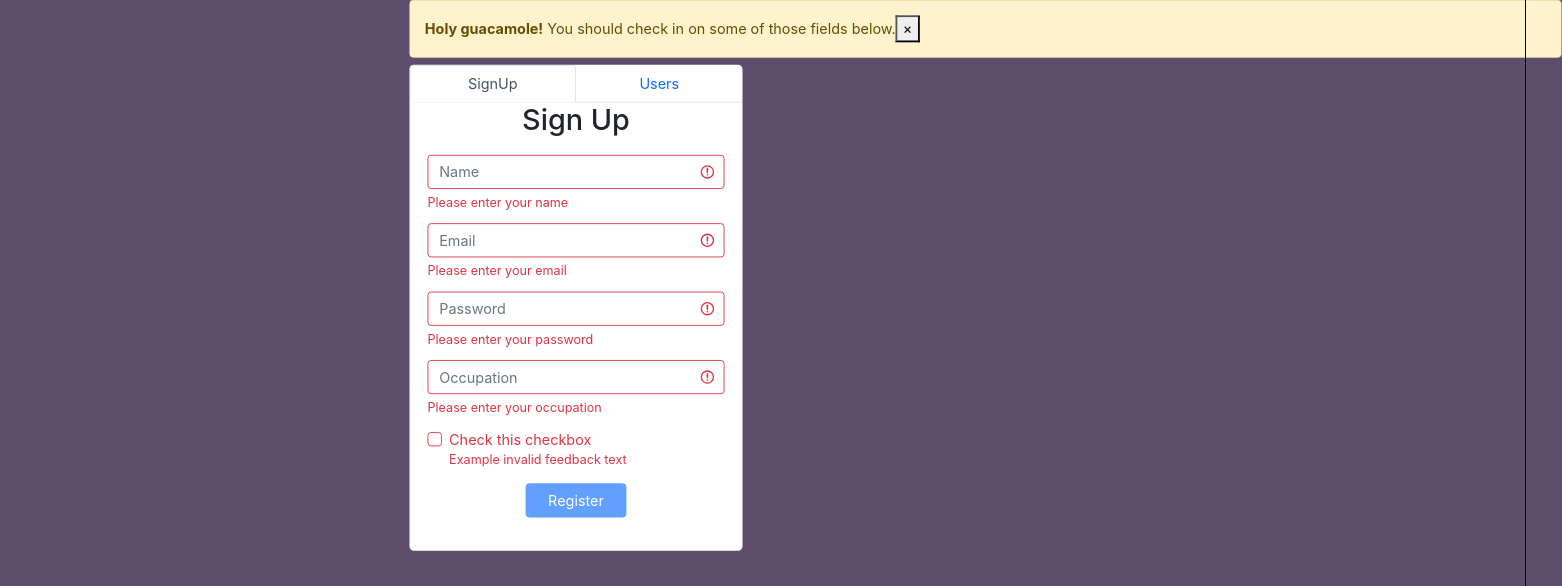
Repository: asadalibest1/SignUp-from
Page: /
An editor plug-in stored every save of this project. The page is shown before and after the next save, followed by the edit.
The browser window is 1280 px wide. The page is 1735 px wide, then 1280 px, so the pictures cover 1735 px, including what lies to the right of the window. The pictures show the whole page, at 90% of full size.
The project was rebuilt for these pictures with package versions that can differ from the ones it lists, and the page was loaded fresh each time.

Above is the page before, as saved 2021-02-09 16:33:21.

### public/index.html
<!DOCTYPE html>
<html lang="en">
  <head>
    <meta charset="utf-8" />
    <link rel="icon" href="%PUBLIC_URL%/favicon.png" />
    <meta name="viewport" content="width=device-width, initial-scale=1" />
    <meta name="theme-color" content="#000000" />
    <meta
      name="description"
      content="Web site created using create-react-app"
    />
    <link rel="apple-touch-icon" href="%PUBLIC_URL%/logo192.png" />
    <!--
      manifest.json provides metadata used when your web app is installed on a
      user's mobile device or desktop. See https://developers.google.com/web/fundamentals/web-app-manifest/
    -->
    <link rel="manifest" href="%PUBLIC_URL%/manifest.json" />
    <!--
      Notice the use of %PUBLIC_URL% in the tags above.
      It will be replaced with the URL of the `public` folder during the build.
      Only files inside the `public` folder can be referenced from the HTML.

      Unlike "/favicon.ico" or "favicon.ico", "%PUBLIC_URL%/favicon.ico" will
      work correctly both with client-side routing and a non-root public URL.
      Learn how to configure a non-root public URL by running `npm run build`.
    -->
    <!-- Bootstrap -->
    <link href="https://cdn.jsdelivr.net/npm/bootstrap@5.0.0-beta1/dist/css/bootstrap.min.css" rel="stylesheet" integrity="sha384-giJF6kkoqNQ00vy+HMDP7azOuL0xtbfIcaT9wjKHr8RbDVddVHyTfAAsrekwKmP1" crossorigin="anonymous">
    <title>Sign Up</title>
  </head>
  <body>
    <noscript>You need to enable JavaScript to run this app.</noscript>
    <div id="root"></div>
    <!--
      This HTML file is a template.
      If you open it directly in the browser, you will see an empty page.

      You can add webfonts, meta tags, or analytics to this file.
      The build step will place the bundled scripts into the <body> tag.

      To begin the development, run `npm start` or `yarn start`.
      To create a production bundle, use `npm run build` or `yarn build`.
    -->
    <script src="https://cdn.jsdelivr.net/npm/bootstrap@5.0.0-beta1/dist/js/bootstrap.bundle.min.js" integrity="sha384-ygbV9kiqUc6oa4msXn9868pTtWMgiQaeYH7/t7LECLbyPA2x65Kgf80OJFdroafW" crossorigin="anonymous"></script>
  </body>
</html>

### src/index.css
body {
  margin: 0;
  font-family: -apple-system, BlinkMacSystemFont, 'Segoe UI', 'Roboto', 'Oxygen',
    'Ubuntu', 'Cantarell', 'Fira Sans', 'Droid Sans', 'Helvetica Neue',
    sans-serif;
  -webkit-font-smoothing: antialiased;
  -moz-osx-font-smoothing: grayscale;
  background-color: #5D4E6D;
}

code {
  font-family: source-code-pro, Menlo, Monaco, Consolas, 'Courier New',
    monospace;
}

### src/App.js
import React from 'react'
import App1 from "./components/App1/App1"

export default function App() {
  return (
    <div>
      <App1 />
    </div>
  )
}

### src/components/App1/App1.js
import React from 'react'
import Tabs from '../Tabs/Tabs'

export default function App1() {

    // function Chnage() {
    //     document.getElementsByClassName("alertea")[0].style.display = "none";
    // }
    return (
        <div>
            {/* <div class="alertea alert alert-warning alert-dismissible fade show" role="alert">
                <strong>Holy guacamole!</strong> You should check in on some of those fields below.
                        <button type="button" class="close" onClick={Chnage} data-dismiss="alert" aria-label="Close">
                    <span aria-hidden="true">&times;</span>
                </button>
            </div> */}

            <Tabs />
        </div>
    )
}

### src/features/counter/counterSlice.js
import { createSlice } from '@reduxjs/toolkit';
const data = [
  {name: "saad", email: "saad@gmail.com", password: "qwerty", occupation: "petrolium engee"},
  {name: "asad", email: "asad@gmail.com", password: "asdfg", occupation: "wed dev"}
]
export const counterSlice = createSlice({
  name: 'counter',

  initialState: {
    data: data,
    value: 0,
    name: "saad",
  },
  reducers: {
    increment: (state, action) => {
      state.value = action.payload;
    },
    decrement: (state, action) => {
      state.value = action.payload;
    },
    changeName: (state, action) => {
      state.name = action.payload;
    },
    setData: (state, action) => {
      state.data = action.payload;
    },
  },
});


export const { increment, decrement, changeName, setData } = counterSlice.actions;

// The function below is called a thunk and allows us to perform async logic. It
// can be dispatched like a regular action: `dispatch(incrementAsync(10))`. This
// will call the thunk with the `dispatch` function as the first argument. Async
// code can then be executed and other actions can be dispatched

// export const incrementAsync = amount => dispatch => {
//   setTimeout(() => {
//     dispatch(incrementByAmount(amount));
//   }, 1000);
// };

// The function below is called a selector and allows us to select a value from
// the state. Selectors can also be defined inline where they're used instead of
// in the slice file. For example: `useSelector((state) => state.counter.value)`

export const selectCount = state => state.counter.value;
export const name = state => state.counter.name;
export const Data = state => state.counter.data;

export default counterSlice.reducer;

### src/components/Tabs/Tabs.js
import React from 'react'
import SignUp from "../SignUp/SignUp"
import Users from "../Users/Users"
import "./Tabs.css"

export default function Tabs() {
    return (
        <div className="tabs-main">
            <div className="tabs">

                <ul className="nav nav-tabs" id="myTab" role="tablist">
                    <li className="nav-item text-center w-50" role="presentation">
                        <a className="nav-link active" id="signUp-tab" data-bs-toggle="tab" href="#signUp" role="tab" aria-controls="signUp" aria-selected="true">SignUp</a>
                    </li>
                    <li className="nav-item text-center w-50" role="presentation">
                        <a className="nav-link" id="users-tab" data-bs-toggle="tab" href="#users" role="tab" aria-controls="users" aria-selected="false">Users</a>
                    </li>
                </ul>
                <div className="tab-content" id="myTabContent">
                    <div className="tab-pane fade show active" id="signUp" role="tabpanel" aria-labelledby="signUp-tab">
                        <SignUp />
                    </div>
                    <div className="tab-pane fade" id="users" role="tabpanel" aria-labelledby="users-tab">

                        <Users />
                    </div>
                </div>


            </div>
        </div>
    )
}

### src/components/SignUp/SignUp.js
import React from 'react'
import "./SignUp.css"

import { useSelector, useDispatch } from 'react-redux';
import {
  decrement,
  increment,
  selectCount,
  changeName,
  Data,
  setData,
} from '../../features/counter/counterSlice';


export default function SignUp() {

  const count = useSelector(selectCount);
  const dispatch = useDispatch();
  const data = useSelector(Data);

  const [name, setName] = React.useState("");
  const [email, setEmail] = React.useState("");
  const [password, setPassword] = React.useState("");
  const [occupation, setOccupation] = React.useState("");
  const [selectOption, setSelectOption] = React.useState(false);

  var match = null;

  React.useEffect(() => {

    const Button = document.querySelector(".submitButton button");

    if (name === "",
      email === "",
      password === "",
      occupation === "",
      selectOption === false) {

      Button.setAttribute("disabled", "disabled");

    } else {
      Button.removeAttribute("disabled");
    }

  }, [name, email, password, occupation, selectOption])

  function submit(e) {
      e.preventDefault();
    // const checkEmail = /^(([^<>()[\]\\.,;:\s@\"]+(\.[^<>()[\]\\.,;:\s@\"]+)*)|(\".+\"))@((\[[0-9]{1,3}\.[0-9]{1,3}\.[0-9]{1,3}\.[0-9]{1,3}\])|(([a-zA-Z\-0-9]+\.)+[a-zA-Z]{2,}))$/;
    // if (checkEmail.test(email) === true){
      for (let i = 0; i < data.length; i++) {

        if (data[i].email === email) {
          match = true;
          break;
        } else {
          match = false;
        }
      }
// }

    if (match === false){

      dispatch(setData([...data, {name, email, password, occupation}]))

    }if (match === true){
      alert("Email already taken!")
    }
  }

  return (
    <div className="SignUp">

<div class="alertea alert alert-warning alert-dismissible fade show" role="alert" >
                <strong>Holy guacamole!</strong> You should check in on some of those fields below.
                        <button type="button" class="close" data-dismiss="alert" aria-label="Close">
                    <span aria-hidden="true">&times;</span>
                </button>
            </div>


      <h2 className="text-center">Sign Up</h2>

      <form className="was-validated">

        <div className="mb-3">
          <input type="name" className="form-control" id="validationInput" onChange={(e) => setName(e.target.value)} placeholder="Name" required />
          <div className="invalid-feedback">
            Please enter your name
    </div>
        </div>

        <div className="mb-3">
          <input type="email" className="form-control" id="validationInput" onChange={(e) => setEmail(e.target.value)} placeholder="Email" required />
          <div className="invalid-feedback emailerr">
            Please enter your email
    </div>
        </div>

        <div className="mb-3">
          <input type="password" className="form-control" id="validationInput" onChange={(e) => setPassword(e.target.value)} placeholder="Password" required />
          <div className="invalid-feedback">
            Please enter your password
    </div>
        </div>

        <div className="mb-3">
          <input type="text" className="form-control" id="validationInput" onChange={(e) => setOccupation(e.target.value)} placeholder="Occupation" required />
          <div className="invalid-feedback">
            Please enter your occupation
    </div>
        </div>


        <div className="radioButton form-check mb-3">
          <input type="checkbox" className="form-check-input" onClick={() => setSelectOption(!selectOption)} id="validationFormCheck1" required />
          <label className="form-check-label" for="validationFormCheck1">Check this checkbox</label>
          <div className="invalid-feedback">Example invalid feedback text</div>
        </div>


        <div className="submitButton mb-3 text-center">
          <button className="btn btn-primary px-4" type="submit"
            onClick={submit}
          >Register</button>
        </div>
      </form>

      {/* <p>{count}</p> */}
      {/* <p>{count}</p>
<button onClick={() => dispatch(increment(count+1))} >increment</button>
<button onClick={() => dispatch(decrement(count-1))} >decrement</button>
<p>{Name}</p>
<button onClick={() => dispatch(changeName("sharif"))} >changeName</button> */}

    </div>
  )
}

### src/components/Users/Users.js
import React from 'react'
import "./Users.css"

import { useSelector, useDispatch } from 'react-redux';

import {
  Data,
} from '../../features/counter/counterSlice';

export default function Users() {

  const data = useSelector(Data);

  return (
    <div className="users">

      <div className="tabpanel" role="tabpanel">
        <div className="panel-coloumn mt-3">
          <div className="list-group" id="myList" role="tablist">

            {
              data.map((item, ind) => {
                return <a className="list-group-item list-group-item-action" data-bs-toggle="list" href={"#target" + ind} role="tab">{item.name}</a>
              })
            }

          </div>
        </div>

        <div className="tab-content">

          {
            data.map((item, ind) => {

              return <div className="tab-pane" id={"target" + ind} role="tabpanel" key={ind}>
                <ul className="list-group list-group-flush">
                  <li className="list-group-item">Name: {item.name}</li>
                  <li className="list-group-item">Email: {item.email}</li>
                  <li className="list-group-item">Password: {item.password}</li>
                  <li className="list-group-item">Occupation: {item.occupation}</li>
                </ul>
              </div>
            })
          }
        </div>
      </div>
    </div>
  )
}

### src/components/Tabs/Tabs.css
.tabs{
    width: 370px;
    height: 75vh;
    background-color: white;
    margin: auto auto;
    margin-top: 10vh;
    border-radius: 5px;
    overflow: hidden;
}

### src/components/SignUp/SignUp.css
.SignUp form{
    margin: 20px;
}
.SignUp form > div{
    /* border: 1px solid black; */
    height: 60px;
}

.SignUp form .radioButton{
    /* border: 1px solid black; */
    height: 45px;
}
.radioButton div{
    /* border: 1px solid black; */
    margin: 0;
}

.SignUp .alertea {
    position: absolute;
    top: 0;
    width: 100%;
}

@media (max-width: 800px) {
    /* .SignUp form{
        margin-top: 3vh;
    } */
    .SignUp h2 {
        margin: 30px auto;
        font-size: 34px;
    }
    .SignUp form > div{
        height: 65px;
    }
    .SignUp form button{
        margin-top: 15px;
    }

}

### src/components/Users/Users.css
.users .tabpanel{
    display: flex;
    flex-direction: row;
    overflow: auto;
}
.users .tabpanel a{
    border-radius: 0;
}

.users .tab-content{
    height: fit-content;
    margin-top: 20px;
    margin-left: 20px;
}

.panel-coloumn{
    border-right: 1px solid rgb(240, 223, 223);
    height: 500px;
    width: 120px;
}

Loaded but not shown: src/index.js (common file); src/app/store.js (common file); src/serviceWorker.js (common file)

After the next save:
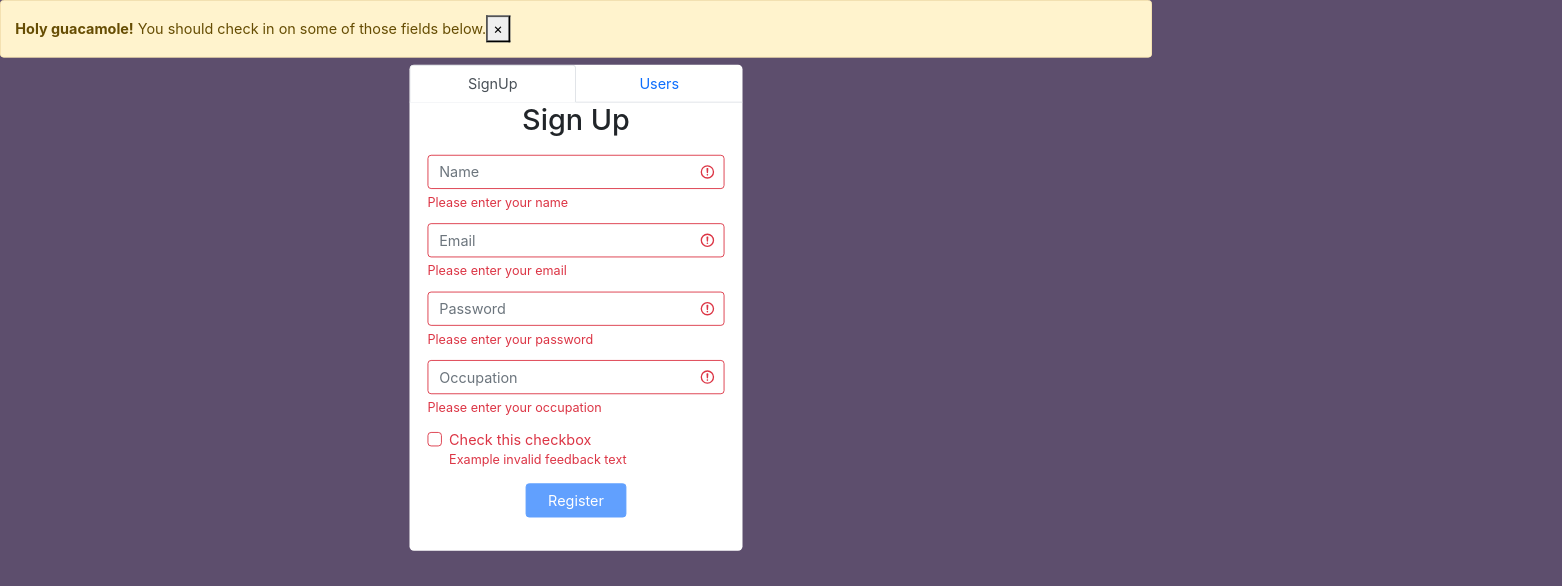
Saved 12 s later.
--- a/src/components/SignUp/SignUp.css
+++ b/src/components/SignUp/SignUp.css
@@ -18,6 +18,7 @@
 .SignUp .alertea {
     position: absolute;
     top: 0;
+    left: 0;
     width: 100%;
 }
 
